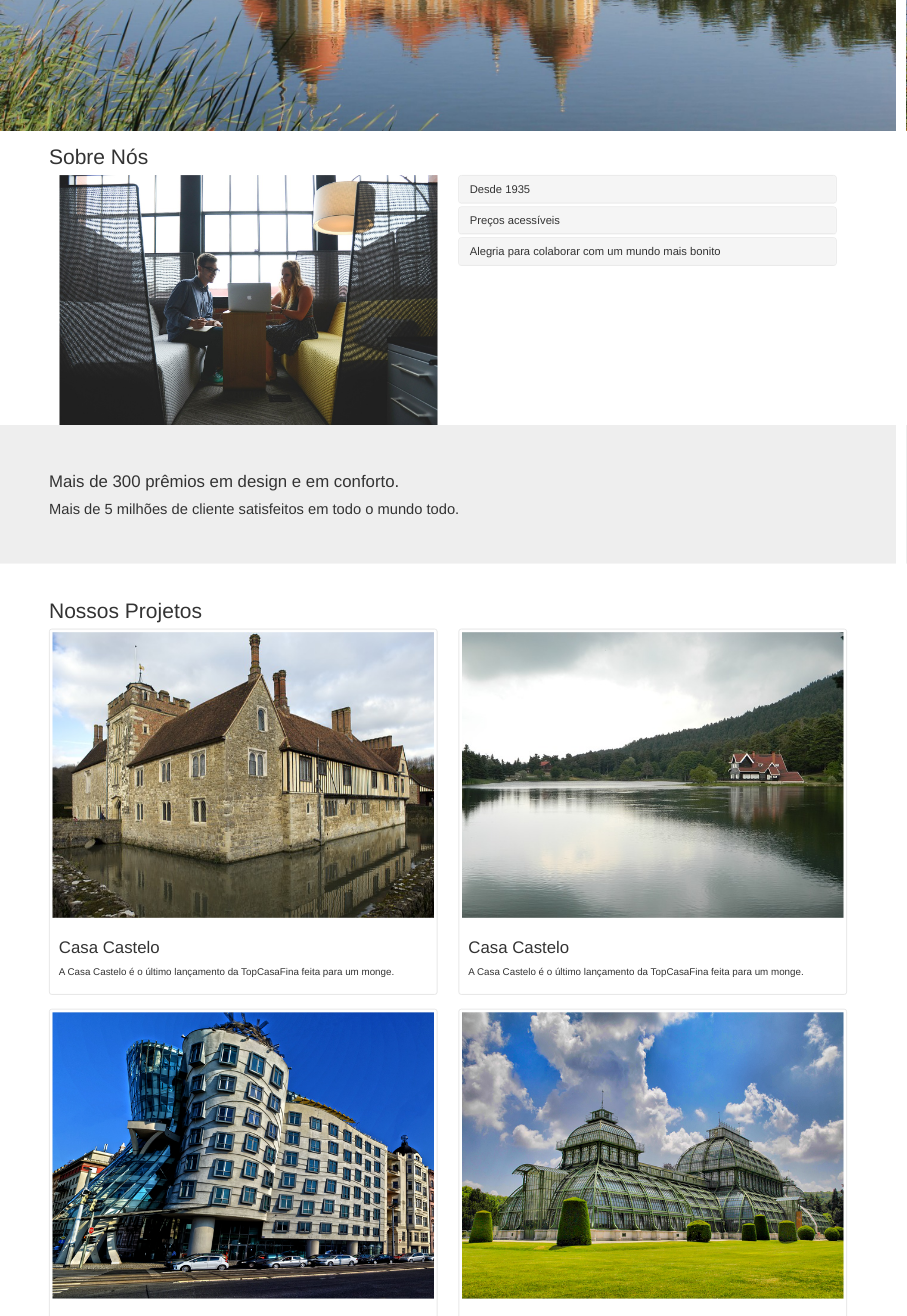
Repository: daviemer/bootstrap-alura
Page: index2.html
The author's editor kept a copy of each file at every save. The page is drawn from the files as they stood at one save, then again after the next save.
The browser window is 1280 px wide. The page is 1295 px wide, so the pictures cover 1295 px, including what lies to the right of the window. The pictures show the part of the page from y = 533 to 2413 px (the page is 4472 px tall before and 3466 px after), at 70% of full size.

Above is the page before, as saved 2022-07-18 15:41:14.

After the next save:
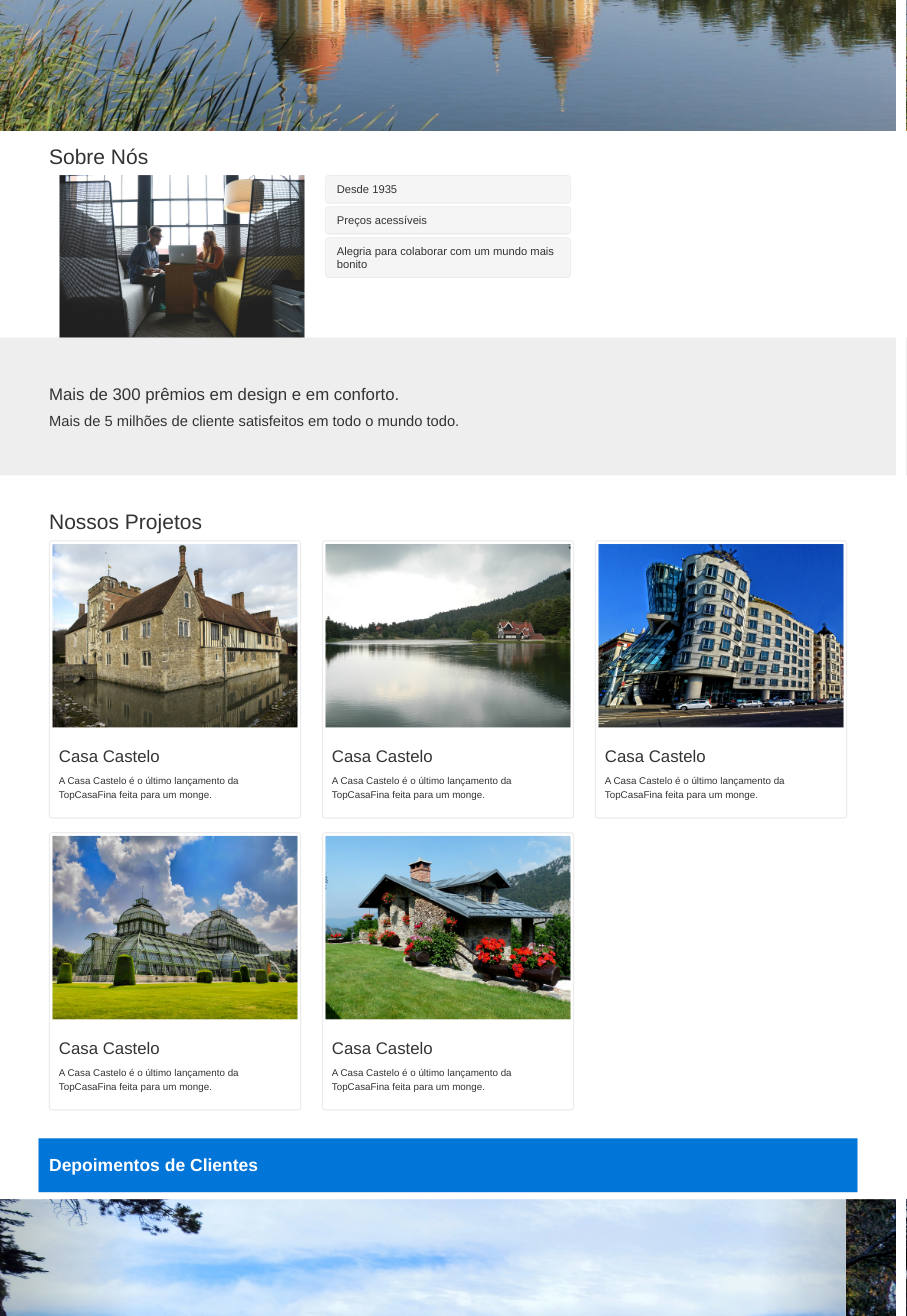
Saved 2 min 8 s later.
--- a/index2.html
+++ b/index2.html
@@ -47,9 +47,9 @@
   <div class="row">
     <section id="sobre-nos" class="container">
       <h2>Sobre Nós</h2>
-      <img class="img-responsive col-sm-6" src="assets/img/empresa.jpg" alt="" />
-
-      <div class="panel-group col-sm-6" id="paineis-sobre">
+      <img class="img-responsive col-sm-6 col-md-4" src="assets/img/empresa.jpg" alt="" />
+
+      <div class="panel-group col-sm-6 col-md-4" id="paineis-sobre">
         <div class="panel panel-default">
           <div class="panel-heading">
             <h3 class="panel-title" data-toggle="collapse" data-target="#primeiro-paragrafo"
@@ -109,7 +109,7 @@
   <section id="nossos-projetos" class="container">
     <h2>Nossos Projetos</h2>
     <div class="row">
-      <div class="col-sm-6">
+      <div class="col-sm-6 col-md-4">
         <figure class="thumbnail">
           <img src="assets/img/projetos/casa-castelo.png" alt="Foto da Casa Castelo" />
           <figcaption class="caption">
@@ -121,7 +121,7 @@
           </figcaption>
         </figure>
       </div>
-      <div class="col-sm-6">
+      <div class="col-sm-6 col-md-4">
         <figure class="thumbnail">
           <img src="assets/img/projetos/casa-lago.png" alt="Foto da Casa Castelo" />
           <figcaption class="caption">
@@ -133,7 +133,7 @@
           </figcaption>
         </figure>
       </div>
-      <div class="col-sm-6">
+      <div class="col-sm-6 col-md-4">
         <figure class="thumbnail">
           <img src="assets/img/projetos/mercado-marapira.png" alt="Foto da Casa Castelo" />
           <figcaption class="caption">
@@ -145,7 +145,7 @@
           </figcaption>
         </figure>
       </div>
-      <div class="col-sm-6">
+      <div class="col-sm-6 col-md-4">
         <figure class="thumbnail">
           <img src="assets/img/projetos/palacio-dionisio.png" alt="Foto da Casa Castelo" />
           <figcaption class="caption">
@@ -157,7 +157,7 @@
           </figcaption>
         </figure>
       </div>
-      <div class="col-sm-6">
+      <div class="col-sm-6 col-md-4">
         <figure class="thumbnail">
           <img src="assets/img/projetos/residencia-ludi.png" alt="Foto da Casa Castelo" />
           <figcaption class="caption">
@@ -221,7 +221,7 @@
   </section>
 
   <div class="row">
-    <section id="video" class="container col-sm-6">
+    <section id="video" class="container col-sm-6 col-md-4">
       <h2>Vídeo Institucional</h2>
       <div class="embed-responsive embed-responsive-16by9">
         <iframe width="560" height="315" src="https://www.youtube.com/embed/i_3Pv1AygeI" frameborder="0"
@@ -229,7 +229,7 @@
       </div>
     </section>
 
-    <section id="contato" class="container col-sm-6">
+    <section id="contato" class="container col-sm-6 col-md-4 col-md-4">
       <form>
         <h2>Contato</h2>
         <p>Entre em contato conosco</p>
